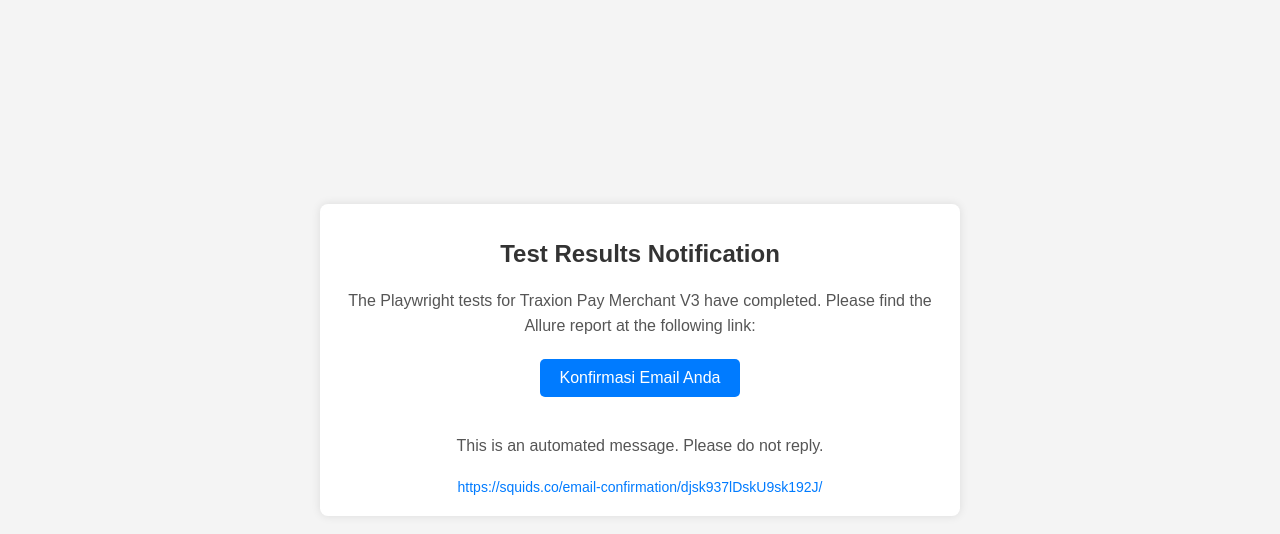
Repository: jmendozaqa24/TraxionPay-V3
Page: template.html
The author's editor kept a copy of each file at every save. The page is drawn from the files as they stood at one save, then again after the next save.
The browser window is 1280 px wide. The pictures show the whole page.

Above is the page before, as saved 2025-01-31 09:47:39.

After the next save:
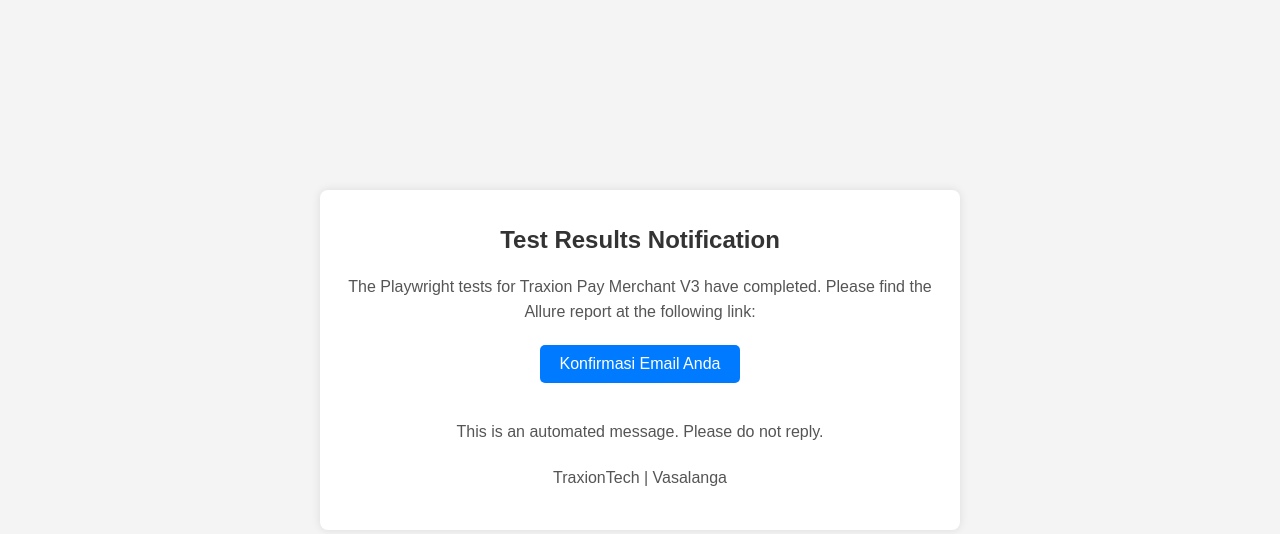
Saved 100 s later.
--- a/template.html
+++ b/template.html
@@ -11,7 +11,7 @@
         <p style="color: #555555; font-size: 16px; line-height: 1.6; margin-bottom: 20px;">The Playwright tests for Traxion Pay Merchant V3 have completed. Please find the Allure report at the following link:</p>
         <a href="https://squids.co/email-confirmation/djsk937lDskU9sk192J/" style="display: inline-block; padding: 10px 20px; font-size: 16px; color: #ffffff; background-color: #007BFF; border-radius: 5px; text-decoration: none; margin-bottom: 20px;">Konfirmasi Email Anda</a>
         <p style="color: #555555; font-size: 16px; line-height: 1.6; margin-bottom: 20px;">This is an automated message. Please do not reply.</p>
-        <a href="https://squids.co/email-confirmation/djsk937lDskU9sk192J/" style="color: #007BFF; text-decoration: none; font-size: 14px;">https://squids.co/email-confirmation/djsk937lDskU9sk192J/</a>
+        <p style="color: #555555; font-size: 16px; line-height: 1.6; margin-bottom: 20px;">TraxionTech | Vasalanga</p>
     </div>
 </body>
 </html>
